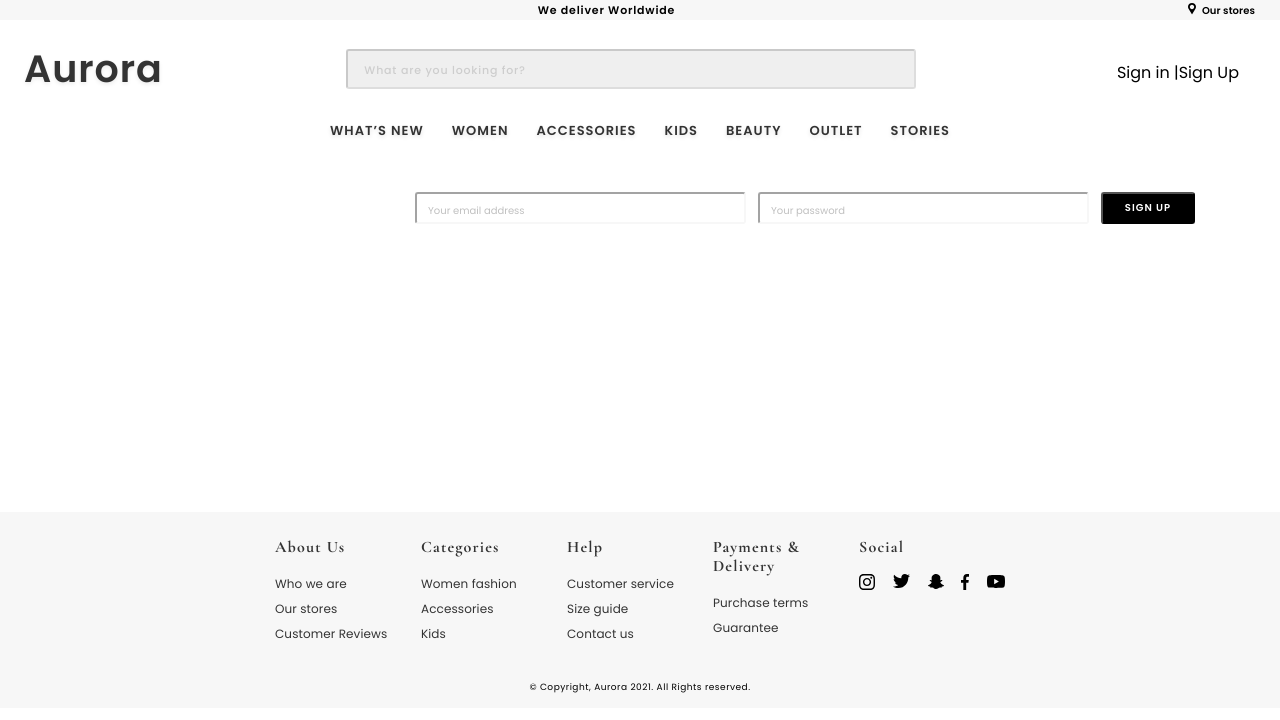
Repository: YuraKrvz/aurora-react-redux-toolkit-firebase
Page: /signUp
These files come from the project's save history. The page is drawn as it stood at one moment and after the next save; the edit follows.
The browser window is 1280 px wide. The pictures show the whole page.
The project was rebuilt for these pictures with package versions that can differ from the ones it lists, and the page was loaded fresh each time. Also part of the build but not shown: src/components/MainSection/MainSection.jsx, src/pages/HomeGuest.jsx, src/pages/HomeUser.jsx, src/pages/SignIn.jsx.

Above is the page before, as saved 2021-11-29 15:19:38.

### public/index.html
<!DOCTYPE html>
<html lang="en">
  <head>
    <meta charset="utf-8" />
    <link rel="icon" href="%PUBLIC_URL%/favicon.ico" />
    <meta name="viewport" content="width=device-width, initial-scale=1" />
    <meta name="theme-color" content="#000000" />
    <meta
      name="description"
      content="Web site created using create-react-app"
    />
    <link rel="apple-touch-icon" href="%PUBLIC_URL%/logo192.png" />
    <link rel="manifest" href="%PUBLIC_URL%/manifest.json" />
    <link rel="preconnect" href="https://fonts.googleapis.com">
    <link rel="preconnect" href="https://fonts.googleapis.com">
    <link rel="preconnect" href="https://fonts.gstatic.com" crossorigin>
    <title>React App</title>
  </head>
  <body>
    <noscript>You need to enable JavaScript to run this app.</noscript>
    <div id="root"></div>
  </body>
</html>

### src/index.css
@import '~normalize.css';
@import url('https://fonts.googleapis.com/css2?family=Poppins:wght@100;200;300;400;500;600;700&display=swap');
@import url('https://fonts.googleapis.com/css2?family=Cormorant+Garamond:wght@300;400;500;600;700&display=swap');

*, ::after, ::before {
  margin: 0;
  padding: 0;
  box-sizing: border-box;
  font-family: var(--text-regular-poppins);
  color: var(--color-very-black);
}
html, body{
  height: 100%;
}

:root{
  --text-regular-poppins: 'Poppins';
  --text-cormorant-garamond: 'Cormorant Garamond';

  --color-black: #333333;
  --color-very-black: #000000;
  --color-white:  #FFFFFF;
  --color-silver: #F7F7F7;

  --src-guest: './insta.svg';
  --src-user: './user.svg';
  --bg-wall: var(--src-guest);
}

### src/components/CustomRouter/CustomRouter.jsx
import { Routes, Route } from 'react-router-dom';
import HomeGuest from '../../pages/HomeGuest';
import HomeUser from '../../pages/HomeUser';
import SignIn from '../../pages/SignIn';
import SignUp from '../../pages/SignUp';
import {useAuthorization} from '../../hooks/useAuthorization';

const CustomRouter = () => {
   const {isAuth} = useAuthorization();

   return (
      <div>
      <Routes>
         {
         isAuth ? (
            <>
               <Route path='/' element={<HomeUser />} />
               <Route path='/signIn' element={<SignIn />} />
               <Route path='/signUp' element={<SignUp />} />
            </>
         ) : (
            <>
               <Route path='/' element={<HomeGuest />} />
               <Route path='/signIn' element={<SignIn />} />
               <Route path='/signUp' element={<SignUp />} />
            </>
         )
         }
      </Routes>
      </div>
   )
}

export default CustomRouter

### src/components/Header/Header.jsx
import React from 'react';
import s from './Header.module.css';
import { NavLink } from 'react-router-dom';
import GlobalSvgSelector from '../../source/GlobalSvgSelector';
import OverHeader from './OverHeader/OverHeader';
import Authorization from '../Authorization/Authorization';

const Header = () => {
   return (
      <>
         <header className={s.header}>
            <OverHeader />
            <div className={s.header_body}>
               <NavLink to='/' className={s.header_title}>Aurora</NavLink>
               <label className={s.input_wrap}>
                  <input className={s.header_searcher} type="text" placeholder="What are you looking for?" />
                  <GlobalSvgSelector className={s.icon} id="fill" color='black' />
               </label>
               <div>
                  <Authorization />
               </div>
            </div>
            <ul className={s.header_list}>
               <li className={s.header_list__item}>what’s new</li>
               <li className={s.header_list__item}>women</li>
               <li className={s.header_list__item}>accessories</li>
               <li className={s.header_list__item}>kids</li>
               <li className={s.header_list__item}>beauty</li>
               <li className={s.header_list__item}>outlet</li>
               <li className={s.header_list__item}>stories</li>
            </ul>
         </header>
      </>
   )
}

export default Header


// HEADER / Aurora
// <h6>{email}</h6>
//    <ul>
//       <li>
//          <NavLink  to='/' >home</NavLink>
//          <NavLink  to='/signIn' >signIn</NavLink>
//          <NavLink  to='/signUp' >signUp</NavLink>
//       </li>
//    </ul>
// </header>

### src/components/Footer/Footer.jsx
import GlobalSvgSelector from '../../source/GlobalSvgSelector';
import s from './Footer.module.css';

function Footer(){
   return (
      <>
         <footer className={s.footer}>
            <div className={s.footer_inner}>
               <div className={s.footer_item}>
                  <h6 className={s.title}>About Us</h6>
                  <ul className={s.list}>
                     <li className={s.text}>Who we are</li>
                     <li className={s.text}>Our stores</li>
                     <li className={s.text}>Customer Reviews</li>
                  </ul>
               </div>
               <div className={s.footer_item}>
                  <h6 className={s.title}>Categories</h6>
                  <ul className={s.list}>
                     <li className={s.text}>Women fashion</li>
                     <li className={s.text}>Accessories</li>
                     <li className={s.text}>Kids</li>
                  </ul>
               </div>
               <div className={s.footer_item}>
                  <h6 className={s.title}>Help</h6>
                  <ul className={s.list}>
                     <li className={s.text}>Customer service</li>
                     <li className={s.text}>Size guide</li>
                     <li className={s.text}>Contact us</li>
                  </ul>
               </div>
               <div className={s.footer_item}>
                  <h6 className={s.title}>Payments & Delivery</h6>
                  <ul className={s.list}>
                     <li className={s.text}>Purchase terms</li>
                     <li className={s.text}>Guarantee</li>
                  </ul>
               </div>
               <div className={s.footer_item}>
                  <h6 className={s.title}>Social</h6>
                  <ul className={s.list}>
                     <li className={s.social_icon}>
                        <a href="#"><GlobalSvgSelector id='instagram' /></a>
                        <a href="#"><GlobalSvgSelector id='twitter' /></a>
                        <a href="#"><GlobalSvgSelector id='snapchat' /></a>
                        <a href="#"><GlobalSvgSelector id='facebook' /></a>
                        <a href="#"><GlobalSvgSelector id='youtube' /></a>
                     </li>
                  </ul>
               </div>
            </div>
            <div className={s.copy_right}>
               <p>© Copyright, Aurora 2021. All Rights reserved.</p>
            </div>
         </footer>
      </>
   )
}

export default Footer

### src/pages/SignUp.jsx
import React, {useRef} from 'react';
import s from '../components/MainSection/MainSection.module.css';
import {signUp} from '../firebase';

const SignUp = () => {
   const emailRef = useRef();
   const passwordRef = useRef();
   async function handler(){
      try{
         await signUp(emailRef.current.value, passwordRef.current.value)
      }
      catch{
         alert('error in sign up')
      }
   }

   return (
      <>
         <div style={{height: '40vh'}} className={s.section_register_field} >
            <div style={{display: 'flex', flexDirection: 'column'}}>
               <label className={s.input_wrap}>
               <input className={s.section_register_input} ref={emailRef} type="email" placeholder='Your email address' />
               <input className={s.section_register_input} ref={passwordRef} type="password" placeholder='Your password' />
               <button className={s.section_register_btn} onClick={handler} >Sign Up</button>
               </label>
            </div>
         </div>
      </>
   )
}

export default SignUp;

### src/hooks/useAuthorization.jsx
import {useSelector} from 'react-redux';

export function useAuthorization(){
   const {email, id, token} = useSelector(state => state.user);

   return {
      isAuth: !!email,
      email,
      id,
      token,
   }
}

### src/components/Header/Header.module.css
.header{
   width: 100%;
   height: 160px;
   /* background: linear-gradient(180deg, rgba(51, 51, 51, 0.9) 14.31%, rgba(27, 27, 27, 0.469176) 58.6%, rgba(0, 0, 0, 0.0001) 100%); */
   mix-blend-mode: normal;
   /* opacity: 0.24; */
   /* background: rgba(0, 0, 0, 0.1); */
   /* background-color: black; */
}
.header_body{
   display: flex;
   justify-content: space-between;
   align-items: center;
   padding: 0 24px;
}
.header_title{
   margin: 0;
   font-style: normal;
   font-weight: 600;
   font-size: 38px;
   line-height: 57px;
   letter-spacing: 0.95px;
   color: var(--color-black, --color-white);
   text-shadow: 0px 2px 4px rgba(0, 0, 0, 0.08);
   text-decoration: none;
}
.input_wrap{
   position: relative;
}
.header_searcher{
   background-color: silver;
   border-color: none;
   mix-blend-mode: normal;
   opacity: 0.24;
   border-radius: 3px;
   width: 570px;
   height: 40px;
   color: var(--color-very-black);
}
.icon{
   position: absolute;
   width: 17px;
   height: 17px;
   top: 30%;
   right: 10px;
   /* background-color: var(--color-very-black) */
}
.header_searcher::placeholder {
   padding: 16px;
   height: 17px;
   font-weight: 500;
   font-size: 11px;
   line-height: 16px;
   letter-spacing: 0.8px;
   color: var(--color-black, --color-white);
 }
.header_user{
   font-style: normal;
   font-weight: 600;
   font-size: 11px;
   line-height: 16px;
   text-align: right;
   letter-spacing: 1px;
   color: var(--color-black, --color-white);
}
.header_list{
   list-style: none;
   display: flex;
   justify-content: space-between;
   text-transform: uppercase;
   width: 620px;
   margin: 24px auto;
   padding-bottom: 25px;
}
.header_list__item{
   color: var(--color-black, --color-white);
   font-style: normal;
   font-weight: 600;
   font-size: 13px;
   line-height: 19px;
   text-align: center;
   letter-spacing: 1px;
   text-transform: uppercase;
   text-shadow: 0px 2px 4px rgba(0, 0, 0, 0.12);
   cursor: pointer;
}

### src/components/Header/OverHeader/OverHeader.jsx
import GlobalSvgSelector from "../../../source/GlobalSvgSelector"
import s from './OverHeader.module.css';

const OverHeader = () => {
   return (
      <>
         <div className={s.wrapper}>
            <div />
            <h6 className={s.title}>We deliver Worldwide</h6>
            <div className={s.wrapper_text}>
               <GlobalSvgSelector id="shape" />
               <p className={s.text}>Our stores</p>
            </div>
         </div>
      </>
   )
}

export default OverHeader

### src/components/Authorization/Authorization.jsx
import s from './Authorization.module.css';
import GlobalSvgSelector from '../../source/GlobalSvgSelector';
import { useAuthorization } from '../../hooks/useAuthorization';
import { NavLink } from 'react-router-dom';

const Authorization = () => {
   const {isAuth, email, id} = useAuthorization();

   return (
      <>
         {!isAuth ? (
            <div >
               <NavLink to='/signIn' className={s.header_user}>
                  Sign in
               </NavLink>  |
               <NavLink to='/signUp' className={s.header_user}>
                  Sign Up
               </NavLink>
               <GlobalSvgSelector id="basket" color='black'/>
            </div>
         ) : (
            <div className={s.login_field}>
               <p className={s.login}>Hi, {email}!</p>
               <GlobalSvgSelector id="basket" color='black'/>
               {/*<GlobalSvgSelector id="ball" color='black'/>*/}
            </div>
         )}

      </>
   )
}

export default Authorization

### src/components/Footer/Footer.module.css
.footer{
   background-color: var(--color-silver);
}
.footer_inner{
   display: flex;
   justify-content: center;
   padding-top: 26px;
}
.footer_item{
   width: 146px;
   height: 105px;
   margin-bottom: 38px;
}
.title{
   margin-bottom: 17px;
   font-family: var(--text-cormorant-garamond);
   font-size: 16px;
   line-height: 19px;
   letter-spacing: 1.16364px;
   color: var(--color-black);
}
.list{
   list-style: none;
}
.list li {
   cursor: pointer;
}
.social_icon{
   display: flex;
   justify-content: space-between;
}
.text{
   margin-bottom: 6px;
   font-style: normal;
   font-weight: normal;
   font-size: 12px;
   line-height: 19px;
   letter-spacing: 0.1px;
   color: var(--color-black);
}
.copy_right{
   padding-bottom: 14px;
   font-style: normal;
   font-weight: normal;
   font-size: 9px;
   line-height: 13px;
   text-align: center;
   letter-spacing: 0.5px;
   color: var(--color-black);
}

### src/components/MainSection/MainSection.module.css
.section{
   height: 100vh;
   background-position: center;
   background-size: cover;
   background-repeat: no-repeat;
   display: flex;
   flex-direction: column;
}
.guest{
   background-image: url(./insta.svg);
}
.user{
   background-image: url(./user.svg);
}
.title{
   margin: auto;
   font-style: normal;
   font-weight: bold;
   font-size: 60px;
   line-height: 90px;
   text-align: center;
   color: var(--color-white);
}
.section_register_field{
   display: block;
   margin: 32px auto;
   width: 450px;
   height: 82px;
}
.text{
   margin-bottom: 14px;
   font-style: normal;
   font-weight: normal;
   font-size: 12px;
   line-height: 18px;
   letter-spacing: 0.872727px;
   color: var(--color-black);
}
.input_wrap{
   display: flex;
   align-items: center;
}
.section_register_input{
   padding: 7px 0 7px 11px;
   width: 335px;
   height: 32px;
   margin-right: 12px;
   border-radius: 3px;
   border-color: var(--color-silver);
}
.section_register_input::placeholder{
   color: silver;
   font-size: 10px;
}
.section_register_btn{
   min-width: 94px;
   height: 32px;
   border-radius: 3px;
   /* border: transparent; */
   background-color: var(--color-very-black);
   color: var(--color-white);
   font-style: normal;
   font-weight: 600;
   font-size: 10px;
   line-height: 20px;
   text-align: center;
   letter-spacing: 1px;
   text-transform: uppercase;
   cursor: pointer;
}

### src/components/Header/OverHeader/OverHeader.module.css
.wrapper{
   width: 100%;
   height: 20px;
   display: flex;
   justify-content: space-between;
   align-items: center;
   padding: 4px 25px;
   font-weight: 600;
   background-color: var(--color-silver, --color-white);
   margin-bottom: 20px;
}
.title{
   font-style: normal;
   font-weight: 500;
   font-size: 11px;
   line-height: 16px;
   text-align: center;
   letter-spacing: 0.8px;
   font-weight: 600;
}
.wrapper_text{
   display: flex;
}
.text{
   padding-left: 6px;
   font-family: Poppins;
   font-style: normal;
   font-size: 10px;
   line-height: 15px;
   text-align: right;
   letter-spacing: 0.0833333px;
}

### src/components/Authorization/Authorization.module.css
.login_field{
   display: flex;
   align-items: center;
}
.login{
   margin-right: 17px;
   font-style: normal;
   font-weight: 600;
   font-size: 11px;
   line-height: 16px;
   text-align: right;
   letter-spacing: 1px;
   color: var(--color-very-black);
}
.header_user{
   text-decoration: none;
}

Loaded but not shown: src/firebase.js (22 lines, source omitted); src/App.js (25 lines, source omitted); src/store/slices/userSlice.js (27 lines, source omitted); src/index.js (13 lines, source omitted); src/store/index.js (8 lines, source omitted); src/source/GlobalSvgSelector.jsx (88 lines, source omitted)

After the next save:
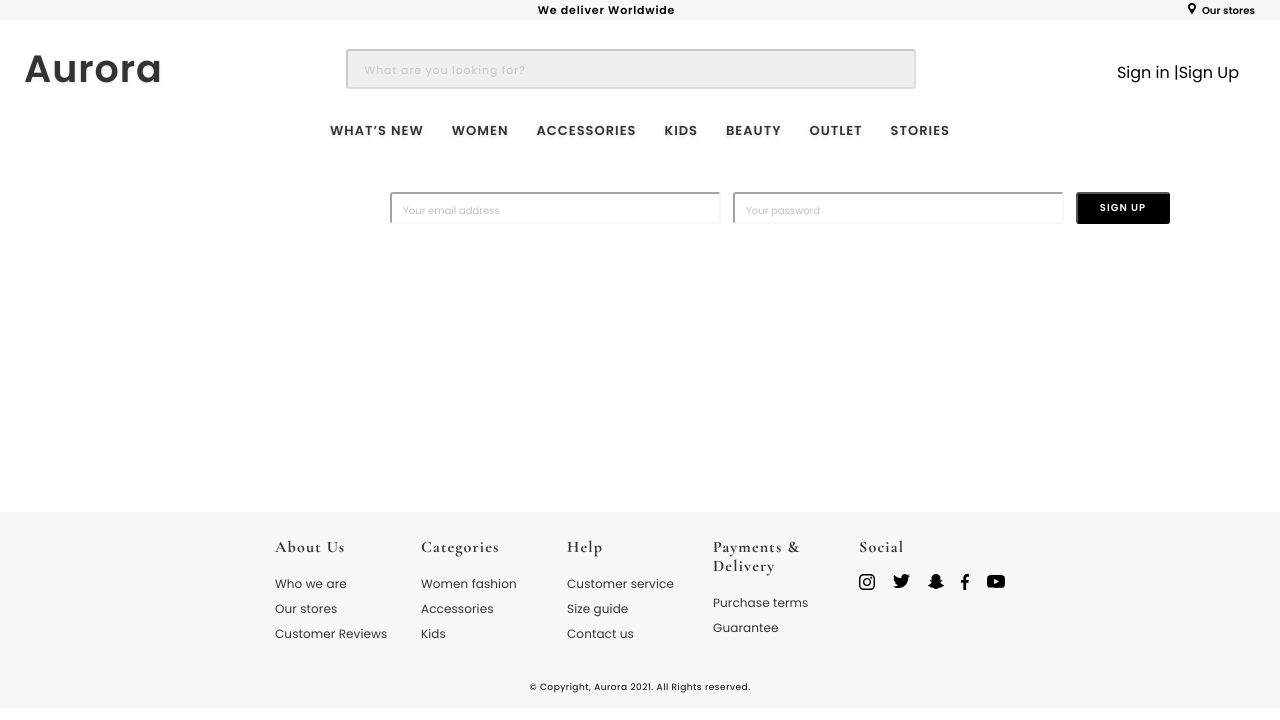
Saved 45 s later.
--- a/src/pages/SignUp.jsx
+++ b/src/pages/SignUp.jsx
@@ -16,7 +16,7 @@ const SignUp = () => {
 
    return (
       <>
-         <div style={{height: '40vh'}} className={s.section_register_field} >
+         <div style={{height: '40vh', width: '500px'}} className={s.section_register_field} >
             <div style={{display: 'flex', flexDirection: 'column'}}>
                <label className={s.input_wrap}>
                <input className={s.section_register_input} ref={emailRef} type="email" placeholder='Your email address' />
